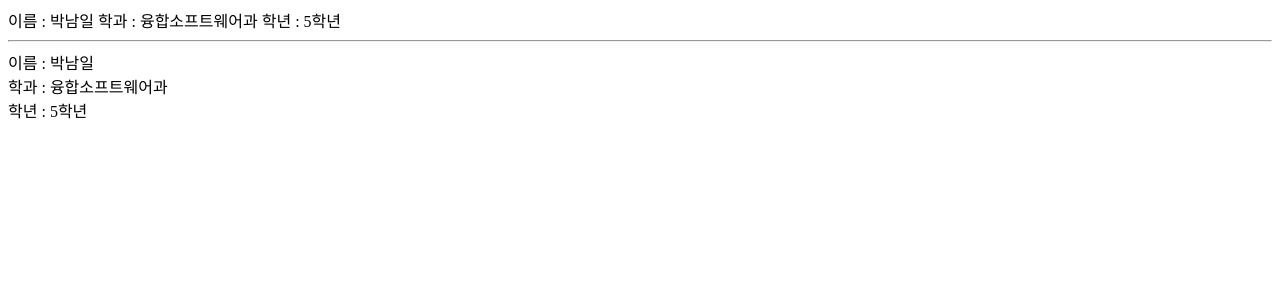
Repository: hyun5292/school
Page: http://localhost/PSH_0514/elExample2.jsp
These files come from the project's save history. The page is drawn as it stood at one moment and after the next save; the edit follows.
The browser window is 1280 px wide. The pictures show the whole page.
The page is served by Tomcat 9.

Above is the page before, as saved 2019-05-14 00:50:43.

After the next save:
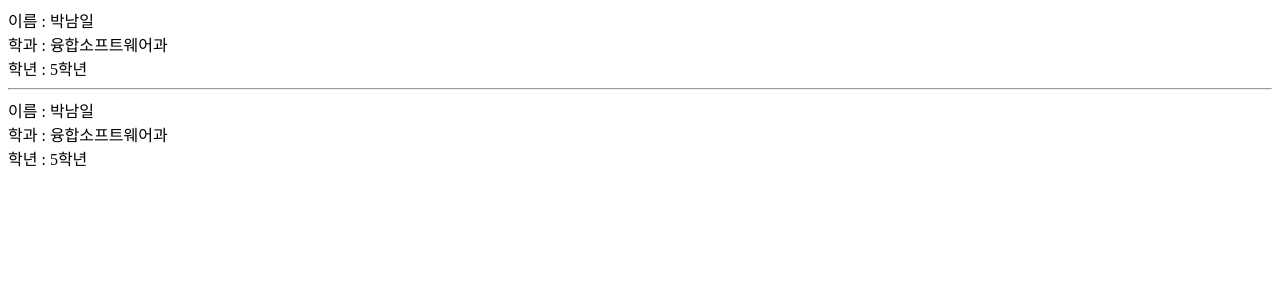
Saved 47 s later.
--- a/JSP/0514/PSH_0514/WebContent/elExample2.jsp
+++ b/JSP/0514/PSH_0514/WebContent/elExample2.jsp
@@ -18,9 +18,9 @@
 <title>Insert title here</title>
 </head>
 <body>
-	이름 : <jsp:getProperty property="name" name="stu"/>
-	학과 : <jsp:getProperty property="major" name="stu"/>
-	학년 : <jsp:getProperty property="grade" name="stu"/>
+	이름 : <jsp:getProperty property="name" name="stu"/> <br/>
+	학과 : <jsp:getProperty property="major" name="stu"/> <br/>
+	학년 : <jsp:getProperty property="grade" name="stu"/> <br/>
 
 	<hr/>
 
